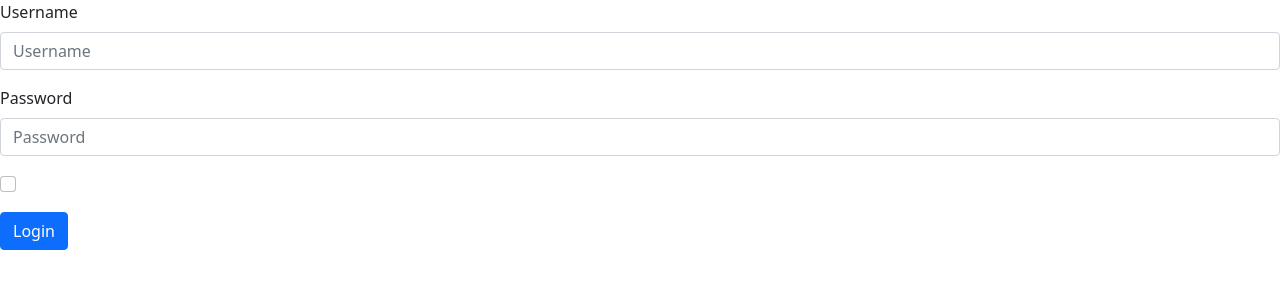
Repository: dilaraozdem1r/BooksApp
Page: /admin/page
An editor plug-in stored every save of this project. The page is shown before and after the next save, followed by the edit.
The browser window is 1280 px wide. The pictures show the whole page.
The page's requests for data from a server got no answer. The project was rebuilt for these pictures with package versions that can differ from the ones it lists, and the page was loaded fresh each time. No one was signed in, and anything a server would have sent is missing. Also part of the build but not shown: src/Components/BookList.js, src/Components/SearchBar.js.

Above is the page before, as saved 2021-08-20 13:17:45.

### public/index.html
<!DOCTYPE html>
<html lang="en">
  <head>
    <meta charset="utf-8" />
    <link rel="icon" href="%PUBLIC_URL%/favicon.ico" />
    <meta name="viewport" content="width=device-width, initial-scale=1" />
    <meta name="theme-color" content="#000000" />
    <meta
      name="description"
      content="Web site created using create-react-app"
    />
    <link rel="apple-touch-icon" href="%PUBLIC_URL%/logo192.png" />
    <!--
      manifest.json provides metadata used when your web app is installed on a
      user's mobile device or desktop. See https://developers.google.com/web/fundamentals/web-app-manifest/
    -->
    <link rel="manifest" href="%PUBLIC_URL%/manifest.json" />
    <!--
      Notice the use of %PUBLIC_URL% in the tags above.
      It will be replaced with the URL of the `public` folder during the build.
      Only files inside the `public` folder can be referenced from the HTML.

      Unlike "/favicon.ico" or "favicon.ico", "%PUBLIC_URL%/favicon.ico" will
      work correctly both with client-side routing and a non-root public URL.
      Learn how to configure a non-root public URL by running `npm run build`.
    -->
    <link href="https://cdn.jsdelivr.net/npm/bootstrap@5.0.2/dist/css/bootstrap.min.css" rel="stylesheet" integrity="sha384-EVSTQN3/azprG1Anm3QDgpJLIm9Nao0Yz1ztcQTwFspd3yD65VohhpuuCOmLASjC" crossorigin="anonymous">
    <title>Books App</title>
  </head>
  <body>
    <noscript>You need to enable JavaScript to run this app.</noscript>
    <div id="root"></div>
    <!--
      This HTML file is a template.
      If you open it directly in the browser, you will see an empty page.

      You can add webfonts, meta tags, or analytics to this file.
      The build step will place the bundled scripts into the <body> tag.

      To begin the development, run `npm start` or `yarn start`.
      To create a production bundle, use `npm run build` or `yarn build`.
    -->
    <script src="https://cdn.jsdelivr.net/npm/bootstrap@5.0.2/dist/js/bootstrap.bundle.min.js" integrity="sha384-MrcW6ZMFYlzcLA8Nl+NtUVF0sA7MsXsP1UyJoMp4YLEuNSfAP+JcXn/tWtIaxVXM" crossorigin="anonymous"></script>
  </body>
</html>

### src/index.js
import React from 'react'
import ReactDOM from 'react-dom'
import App from './Components/App'

ReactDOM.render(
    <App />,
    document.getElementById('root')

);

### src/Components/App.js
import React from 'react'
import { BrowserRouter as Router, Switch, Route, Link } from "react-router-dom";
import Books from './BookList';
import axios from 'axios'
import SearchBar from './SearchBar'
import Admin from './Admin'

class App extends React.Component {
  state = {
    books: [],
    searchQuery:""
  }

  async componentDidMount() {
    this.getBooks();

  }
  async getBooks() {
    const response = await axios.get(" http://localhost:3004/books");

    this.setState({ books: response.data })

  }
  searchMovie=(event)=>{
    this.setState({
      searchQuery:event.target.value
    })

  }

  render() {

    let filteredBooks=this.state.books.filter(
      (book)=>{
        return book.name.toLowerCase().indexOf(this.state.searchQuery.toLowerCase()) !== -1 }
    ).sort((a,b)=>{
      return a.id < b.id ? 1 : a.id > b.id ? -1 : 0 ;
    });



    return (
      <Router>
      <Switch>
      <Route path="/" exact render={() => (
            <React.Fragment>
      <div>
        <nav className="navbar navbar-light bg-light">
            <div className="container-fluid">
            <a class="navbar-brand">
          <img src="https://encrypted-tbn0.gstatic.com/images?q=tbn:ANd9GcRZ-o86obF-UTdLqsqqiUM6O82URx7R52fXlw&usqp=CAU" alt="" width="50" height="40" class="d-inline-block align-text-top"/>
          </a>

            <SearchBar search={this.searchMovie} />
            <div className="col ol-md-5">
                        <Link
                            to="/admin"
                            type="button"
                            className="btn btn-danger"
                            style={{ float: 'right' }}
                        >Admin Login</Link>
                    </div>

            </div>
          </nav>
      </div>
    <div>
              <Books books={filteredBooks} />
          </div>

    </React.Fragment> )}>
    </Route>

    <Route path="/admin" render={({ history }) => (
            <Admin  />
          )}>
          </Route>
    <div>
      <button class="navbar-toggler" type="button" data-bs-toggle="collapse" data-bs-target="#navbarSupportedContent" aria-controls="navbarSupportedContent" aria-expanded="false" aria-label="Toggle navigation">Admin Login</button>
    </div>












      </Switch>
      </Router>
        );
}
}
        export default App;

### src/Components/Admin.js
import React from 'react';
import { BrowserRouter as Router, Switch, Route, Link } from "react-router-dom";
class Admin extends React.Component {

    render() {
        return (
            <Router>
                <Switch>
                    <form>
                        <div class="mb-3">
                            <label for="exampleInputEmail1" class="form-label">Username</label>
                            <input type="text" class="form-control" placeholder="Username" aria-label="First name"/>

                        </div>
                            <div class="mb-3">
                                <label for="exampleInputPassword1" class="form-label">Password</label>
                                <input type="password" class="form-control" placeholder="Password" aria-label="Last name"/>
                            </div>
                                <div class="mb-3 form-check">
                                    <input type="checkbox" class="form-check-input" id="exampleCheck1"/>
                                </div>
                                    <button type="submit" class="btn btn-primary">Login</button>
                    </form>
                </Switch>
        </Router>

                        )
    }

}
export default Admin;

After the next save:
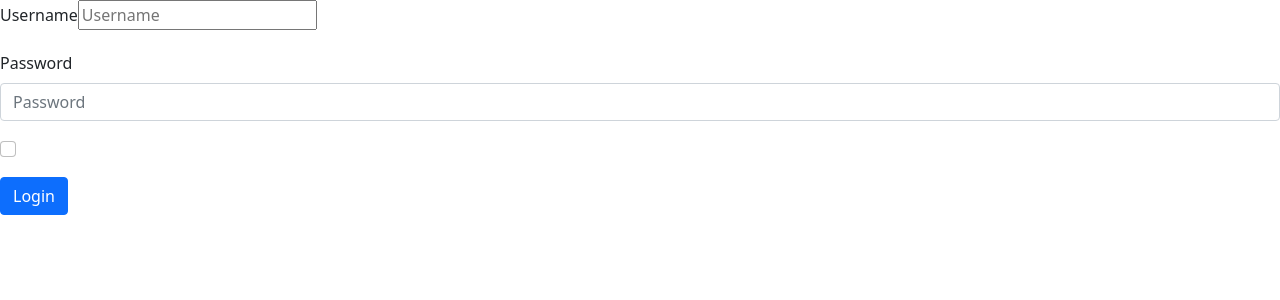
Saved 2 min 2 s later.
--- a/src/Components/Admin.js
+++ b/src/Components/Admin.js
@@ -9,17 +9,17 @@ class Admin extends React.Component {
                     <form>
                         <div class="mb-3">
                             <label for="exampleInputEmail1" class="form-label">Username</label>
-                            <input type="text" class="form-control" placeholder="Username" aria-label="First name"/>
+                            <input type="text" className="col-xs-4" placeholder="Username" aria-label="First name"/>
 
                         </div>
-                            <div class="mb-3">
-                                <label for="exampleInputPassword1" class="form-label">Password</label>
-                                <input type="password" class="form-control" placeholder="Password" aria-label="Last name"/>
+                            <div className="mb-3">
+                                <label for="exampleInputPassword1" className="form-label">Password</label>
+                                <input type="password" className="form-control" placeholder="Password" aria-label="Last name"/>
                             </div>
-                                <div class="mb-3 form-check">
-                                    <input type="checkbox" class="form-check-input" id="exampleCheck1"/>
+                                <div className="mb-3 form-check">
+                                    <input type="checkbox" className="form-check-input" id="exampleCheck1"/>
                                 </div>
-                                    <button type="submit" class="btn btn-primary">Login</button>
+                                    <button type="submit" className="btn btn-primary">Login</button>
                     </form>
                 </Switch>
         </Router>
